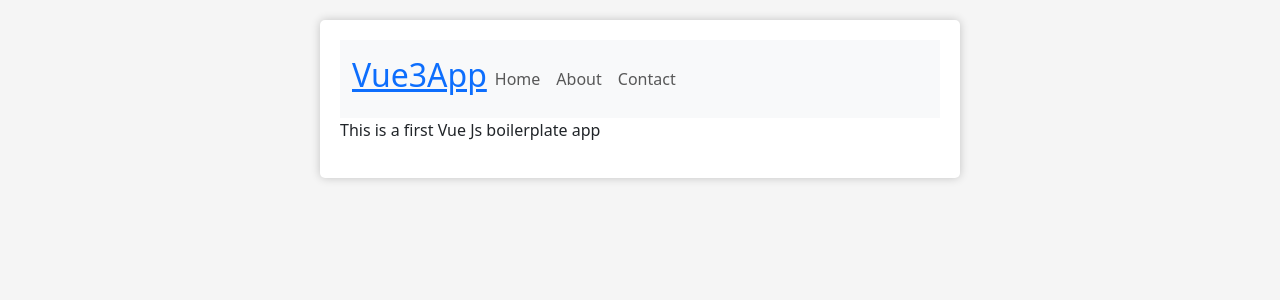
Repository: feyroozecode/intro-vue3-app
Page: index.html
The author's editor kept a copy of each file at every save. The page is drawn from the files as they stood at one save, then again after the next save.
The browser window is 1280 px wide. The pictures show the whole page.

Above is the page before, as saved 2023-08-14 08:42:10.

### index.html
<!DOCTYPE html>
<html lang="en">
<head>
    <meta charset="UTF-8">
    <meta name="viewport" content="width=device-width, initial-scale=1.0">
    <title>VueJs 3</title>
    <link href="https://cdn.jsdelivr.net/npm/bootstrap@5.3.1/dist/css/bootstrap.min.css" rel="stylesheet" />
    <script src="https://unpkg.com/vue@3/dist/vue.global.js"></script>
</head>

<style>
    body {
        background-color: #f5f5f5;
        margin: 10;
    }
    #app {
        background-color: #fff;
        border-radius: 5px;
        padding: 20px;
        margin: 20px auto;
        width: 50%;
        box-shadow: 0 0 10px rgba(0,0,0,0.2);
    }
</style>

<body>

    <div id="app">
        <nav class="navbar navbar-expand-lg navbar-light bg-light">
            <div class="container-fluid">
                <a href="#" class="navbar brand"> <h2> {{ title }} </h2> </a>
                <ul class="navbar-nav me-auto mb-2 mb-lg-0 ml-5">
                    <a class="nav-link" aria-current="page" href="#"> {{ links[0] }} </a>
                    <a class="nav-link" aria-current="page" href="#"> {{ links[2] }} </a>
                    <a class="nav-link" aria-current="page" href="#"> {{ links[3] }} </a>
                    <a class="nav-link" aria-current="page" href="#"> {{ links[4] }} </a>
                </ul>
            </div>
        </nav>

        <p> {{ message }} </p>

    </div>

    <script>
        const { createApp, ref } = Vue;

        const App = createApp({
            setup() {
                const title = ref('Hello World');
                return {
                    title: "Vue3App",
                    message: "This is a first Vue Js boilerplate app",
                    links : ['Home', 'Services', 'About', 'Contact']
                }
            }

        });
        App.mount('#app');
    </script>

</body>


</html>

After the next save:
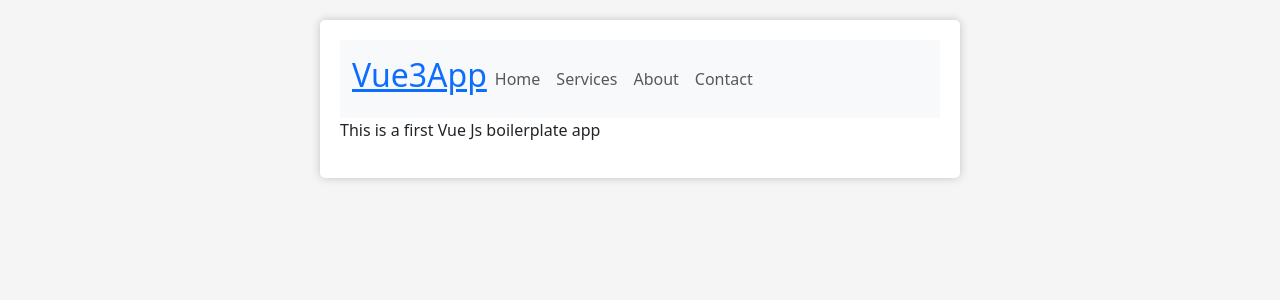
Saved 6 s later.
--- a/index.html
+++ b/index.html
@@ -31,9 +31,9 @@
                 <a href="#" class="navbar brand"> <h2> {{ title }} </h2> </a>
                 <ul class="navbar-nav me-auto mb-2 mb-lg-0 ml-5">
                     <a class="nav-link" aria-current="page" href="#"> {{ links[0] }} </a>
+                    <a class="nav-link" aria-current="page" href="#"> {{ links[1] }} </a>
                     <a class="nav-link" aria-current="page" href="#"> {{ links[2] }} </a>
                     <a class="nav-link" aria-current="page" href="#"> {{ links[3] }} </a>
-                    <a class="nav-link" aria-current="page" href="#"> {{ links[4] }} </a>
                 </ul>
             </div>
         </nav>
